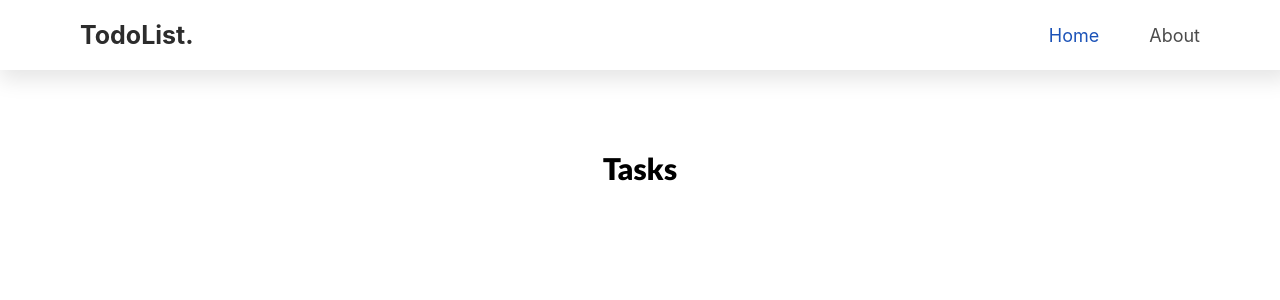
Repository: dqhuy153/react-todoList
Page: /
An editor plug-in stored every save of this project. The page is shown before and after the next save, followed by the edit.
The browser window is 1280 px wide. The pictures show the whole page.
The project was rebuilt for these pictures with package versions that can differ from the ones it lists, and the page was loaded fresh each time. Also part of the build but not shown: src/components/UI/LoadingSpinner.module.scss.

Above is the page before, as saved 2021-09-16 19:38:46.

### src/App.js
import React, { Suspense } from 'react';
import { Switch, Route } from 'react-router-dom';

import './App.css';
import Layout from './components/layout/Layout';
import LoadingSpinner from './components/UI/LoadingSpinner';

const Home = React.lazy(() => import('./components/pages/Home'));
const About = React.lazy(() => import('./components/pages/About'));

function App() {
  return (
    <Layout>
      <Suspense
        fallback={
          <div className="centered">
            <LoadingSpinner />
          </div>
        }
      >
        <Switch>
          <Route path="/" exact>
            <Home />
          </Route>
          <Route path="/about">
            <About />
          </Route>
          {/* <Route path="/products" exact>
          <Products />
        </Route>
        <Route path="/products/:productId">
          <ProductDetail />
        </Route> */}
        </Switch>
      </Suspense>
    </Layout>
  );
}

export default App;

### src/App.css
@import url('https://fonts.googleapis.com/css2?family=Lato:ital,wght@0,100;0,300;0,400;0,700;0,900;1,100;1,300;1,400;1,700;1,900&display=swap');

* {
  box-sizing: border-box;
  font-size: 62.5%;
  padding: 0;
  margin: 0;
}

.centered {
  margin: 3rem auto;
  text-align: center;
  display: flex;
  justify-content: center;
  align-items: center;
}

### src/components/layout/Layout.js
import React, { Fragment } from 'react';
import AppNavigation from './AppNavigation';

import styles from './Layout.module.scss';

export default function Layout(props) {
  return (
    <Fragment>
      <AppNavigation logoTitle="TodoList." />
      <main className={styles.main}>{props.children}</main>
    </Fragment>
  );
}

### src/components/UI/LoadingSpinner.js
import styles from './LoadingSpinner.module.scss';

const LoadingSpinner = () => {
  return <div className={styles.spinner}></div>;
};

export default LoadingSpinner;

### src/components/pages/Home.js
import React from 'react';

import styles from './Home.module.scss';

export default function Home(props) {
  return (
    <div className={styles.container}>
      <h1>Tasks</h1>
    </div>
  );
}

### src/components/layout/AppNavigation.js
import React from 'react';
import { NavLink } from 'react-router-dom';

import styles from './AppNavigation.module.scss';

export default function AppNavigation({ logoTitle = 'Demo.', ...props }) {
  return (
    <header className={styles.header}>
      <div className={styles.logo}>{logoTitle}</div>
      <nav>
        <ul>
          <li>
            <NavLink to="/" exact activeClassName={styles.active}>
              Home
            </NavLink>
          </li>
          <li>
            <NavLink to="/about" activeClassName={styles.active}>
              About
            </NavLink>
          </li>
        </ul>
      </nav>
    </header>
  );
}

### src/components/pages/Home.module.scss
.container {
  padding: 15rem 0;

  h1 {
    text-align: center;
    font-family: 'Lato', sans-serif;
    font-weight: 800;
    font-size: 3rem;
  }
}

### src/components/layout/AppNavigation.module.scss
.header {
  width: 100%;
  height: 7rem;
  display: flex;
  align-items: center;
  justify-content: space-between;
  background-color: #ffffff;
  padding: 0 8rem;
  box-shadow: 5px 5px 20px 5px rgba(0, 0, 0, 0.1);
  position: fixed;
}

.logo {
  font-size: 2.5rem;
  color: rgb(44, 44, 44);
  font-weight: bold;
}

.header ul {
  list-style: none;
  margin: 0;
  padding: 0;
  display: flex;
  align-items: baseline;
}

.header li {
  margin-left: 5rem;
}

.header a {
  text-decoration: none;
  font-size: 1.8rem;
  color: #4b4b4b;
}

.header a:hover,
.header a:active,
.header a.active {
  color: rgb(28, 83, 184);
}

Loaded but not shown: public/index.html (common file); src/index.js (common file); src/index.css (common file); src/reportWebVitals.js (common file); src/components/layout/Layout.module.scss (no stored copy; drawn as an empty file)

After the next save:
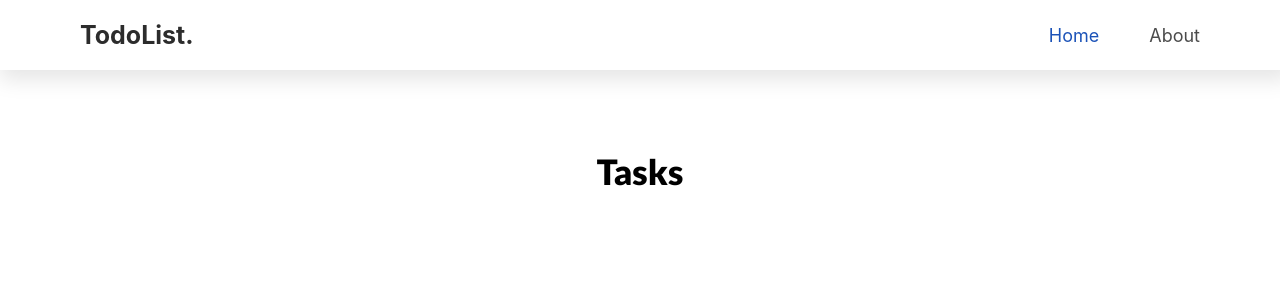
Saved 8 s later.
--- a/src/components/pages/Home.module.scss
+++ b/src/components/pages/Home.module.scss
@@ -5,6 +5,6 @@
     text-align: center;
     font-family: 'Lato', sans-serif;
     font-weight: 800;
-    font-size: 3rem;
+    font-size: 3.5rem;
   }
 }
